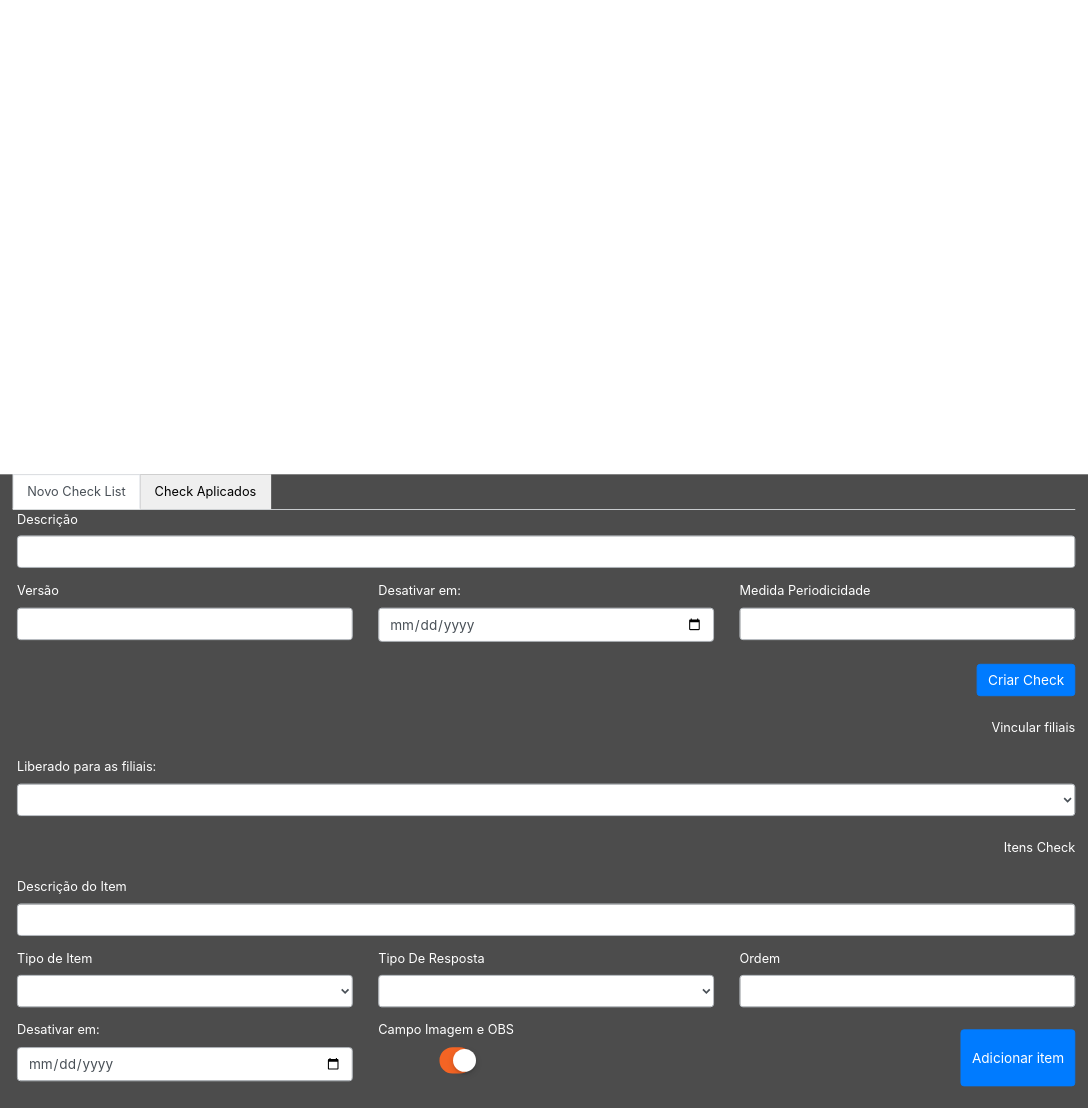
Repository: Conlog-SA/portal_operacional
Page: apps/safety_layout_checklist_app/templates/safety_layout_checklist_app/form_cad_layout_checklist.html
An editor plug-in stored every save of this project. The page is shown before and after the next save, followed by the edit.
The browser window is 1280 px wide. The pictures show the whole page, at 85% of full size.
The template is drawn by Django 3.2. The application's start-up code is not run. Other server files are loaded and not shown. The template is opened directly, without the code that normally fills it, so the values that code supplies are empty.

Above is the page before, as saved 2023-11-16 15:59:01.

### apps/safety_layout_checklist_app/templates/safety_layout_checklist_app/form_cad_layout_checklist.html
{% load static %}

{% block link_static_css %}
    <link rel="stylesheet" href="{% static 'css/cores.css' %}" />
    <link rel="stylesheet" href="{% static 'css/toggle_switch.css' %}" />
    <link rel="stylesheet" href="{% static 'css/loader.css' %}" />
    <link rel="stylesheet" href="{% static 'css/seguranca_safety_app/seguranca_safety.css' %}" />
    <link rel="stylesheet" href="{% static 'libs/bootstrap_4/css/bootstrap.min.css' %}" />

{% endblock %}

<div class="d-flex flex-column h-100 align-items-center justify-content-start text-white w-95" style="margin-right: 0px; width:100%;">
   <div class="mt-3 d-flex align-items-end justify-content-between div_Titulo" style="padding-bottom:15px;">
       <div class="d-flex align-items-center justify-content-center">
            <i class="fa-solid fa-truck-fast" style="font-size:50px; margin-left:0px; margin-right:15px; color:#cf6a15;"></i>
           <h1 class="titlePadraoMenu" style="margin-left:0px;">Safety</h1>
       </div>
       <img class="logo_cabecalho" src="{% static 'icons/logo-branca.png' %}" >
   </div>
    <div class="containerApp w-95">
        <div class="form-group form_div_check w-100" >
            <div class="col-md-12 w-100 h-100">
                <nav>
                    <div class="nav nav-tabs" id="myTab" role="tablist">
                      <button class="nav-link active tabs-nav" id="a_tab_new_check" data-bs-toggle="tab"
                         data-bs-target="#div_tab_new_check"  type="button" role="tab"
                         aria-controls="div_tab_new_check"
                         aria-selected="true" style="border-radius:0px 0px 0 0; font-size:15px">
                         Novo Check List
                         <i class="fa-solid fa-filter" style="color: #f46424;"></i>
                      </button>
                      <button class="nav-link tabs-nav" id="a_tab_check_criados" data-bs-toggle="tab"
                         data-bs-target="#div_check_criados" type="button" role="tab"
                         aria-controls="div_check_criados"
                         aria-selected="false" style="border-radius:0px 0px 0 0; font-size:15px" >
                         Check Aplicados
                        <i class="fa-solid fa-pen-to-square" style="color: #f46424"></i>
                      </button>
                    </div>
                </nav>
                <div class="tab-content" style="border-radius:0 0 10px 10px; font-size:15px">
                    <div class="tab-pane active" id="div_tab_new_check" role="tabpanel" aria-labelledby="a_tab_new_check" style="padding-left:5px;">
                        <form id="form_new_check_list" name="form_nem_check_list">
                          <div class="row">
                             <div class="form-group col-sm-12">
                               <label for="descricao_new_check"> Descrição </label>
                               <input type="text" class="form-control" id="descricao_new_check">
                             </div>
                             <div class="form-group col-sm-4">
                               <label for="versao_new_check">Versão</label>
                               <input type="text" class="form-control" id="versao_new_check">
                             </div>
                             <div class="form-group col-sm-4">
                               <label for="desativar_new_check_date">Desativar em:</label>
                               <input type="date" class="form-control" id="desativar_new_check_date">
                             </div>
                             <div class="form-group col-sm-4">
                               <label for="periodicidade_new_check">Medida Periodicidade</label>
                               <input type="text" class="form-control" id="periodicidade_new_check">
                             </div>
                             <div class="form-group col-sm-12 w-15 d-flex justify-content-end" style="margin-top:10px">
                                <button type="button" class="btn btn-primary btn-form" id="btn_new_check" name="btn_new_check"> Criar Check</button>
                             </div>
                             <div class="form-group col-sm-12 d-flex justify-content-end" style="margin-top:10px">
                                <label>Vincular filiais</label>
                             </div>
                             <div class="form-group col-sm-12 d-flex align-items-start" style="margin-bottom:0px;">
                                 <label>Liberado para as filiais:</label>
                              </div>
                             <div class="form-group col-sm-12">
                                <select class="selectpicker form-control"
                                        id="liberado_filiais" name="liberado_filiais" placeholder="Liberado Filiais" required>
                                </select>
                             </div>
                             <div class="form-group col-sm-12 d-flex justify-content-end" style="margin-top:10px">
                                <label>Itens Check</label>
                             </div>
                              <div class="form-group col-sm-12">
                                   <label for="descricao_item_check"> Descrição do Item</label>
                                   <input type="text" class="form-control" id="descricao_item_check">
                             </div>
                             <div class="form-group col-sm-4">
                                   <label for="select_tipo_item">Tipo de Item</label>
                                   <select class="selectpicker form-control"
                                           id="select_tipo_item" name="select_tipo_item" placeholder="Tipo de Item" required>
                                   </select>
                             </div>
                             <div class="form-group col-sm-4">
                                <label for="select_tipo_resposta">Tipo De Resposta</label>
                                <select class="selectpicker form-control"
                                        id="select_tipo_resposta" name="select_tipo_resposta"
                                        placeholder="Tipo de Resposta" required>
                                </select>
                              </div>
                              <div class="form-group col-sm-4">
                                <label for="input_ordem_check">Ordem</label>
                                <input type="text" class="form-control" id="input_ordem_check">
                              </div>
                              <div class="form-group col-sm-4">
                                <label for="desativar_item_date">Desativar em:</label>
                                <input type="date" class="form-control" id="desativar_item_date">
                              </div>
                              <div class="form-group col-sm-2 check-box">
                                  <div class="label">
                                    <label for="obs_imagem_check_box"> Campo Imagem e OBS</label>
                                  </div>
                                  <div class="container" style="padding-right: 72px; padding-left: 72px;">
                                      <input type="checkbox" checked="checked" class="checkbox" name="obs_imagem_check_box" id="obs_imagem_check_box" style="width:10px; height:10px;">
                                      <label class="switch" for="obs_imagem_check_box">
                                      <span class="slider"></span>
                                        </label>
                                  </div>
                              </div>
                              <div class="form-group  col-md-6 w-15 d-flex justify-content-end" style="margin-top:10px; margin-bottom:10px;">
                                <button type="button" class="btn btn-primary btn-form" id="btn_new_item" name="btn_new_item"> Adicionar item</button>
                             </div>
                          </div>
                        </form>
                    </div>
                    <div class="tab-pane" id="div_check_criados" role="tabpanel" aria-labelledby="a_tab_check_criados">
                       <form id="form_check_aplicados" name="form_check_aplicados" method="POST" style="margin-left:10px; margin-right:10px;">
                          <div class="row">
                              <div class="col md-5">
                                  <label for="filial_check_aplicado">Filial</label>
                                  <select class="selectpicker form-control" id="filial_check_aplicado" name="filial_check_aplicado">
                                  </select>
                              </div>
                          </div>
                       </form>
                    </div>
                </div>
            </div>
        </div>
    </div>
</div>


<script src="https://code.jquery.com/jquery-3.6.0.min.js"></script>
<script src="{% static 'libs/bootstrap_4/js/bootstrap.min.js' %}"></script>

### static/css/cores.css
:root{
    --cor_bg_login: rgba(24, 27, 30, 0.90);
    --cor_cinza_escuro: #515457;
    --cor_cinza_claro: #9fa3a7;
    --cor_cinza_claro2: #d0d0d0;
    --cor_branco: #e6e4e4;
    --cor_bg_solido: #181b1e;
    --cor_bg_solido_claro:#343537;
    --cor_bg_cinza_escuro: rgba(33,37,41,0.9) !important;
    --cor_bg_cinza_escuro_cabecalho: rgba(33,37,41,0.7) !important;
    --cor_bg_modais_body: #DCDCDC;

    --cor_empresa: #f46424;
    --cor_empresa_hover: #df5b23;
    --cor_empresa_active: #b24110;

    --bs-accordion-btn-focus-box-shadow_custom: 0 0 0 0.25rem rgba(244, 100, 36, 0.25);

    --bs-accordion-btn-active-icon_custom:url('');

    --cor_card_chamado_hover: #ccccce;
    --cor_card_chamado_active: #999999;
    --cor_chamado_emergencial: #b30f04;
    --cor_branco: #fff;
    /* --cor_branco_escuro: #969393; */
    --cor_card_a_atender: #e3f8f5;
    --cor_card_atendendo: #e1ffe4;;
    --cor_card_em_espera: #fdf9c6;
}

### static/css/toggle_switch.css
/* Remove this container when use*/
.component-title {
    width: 100%;
    position: absolute;
    z-index: 999;
    top: 30px;
    left: 0;
    padding: 0;
    margin: 0;
    font-size: 1rem;
    font-weight: 700;
    color: #888;
    text-align: center;
  }

  /* The switch - the box around the slider */
  .container {
    width: 77px;
    height: 31px;
    position: relative;
  }

  /* Hide default HTML checkbox */
  .checkbox {
    opacity: 0;
    width: 0;
    height: 0;
    position: absolute;
  }

  .switch {
    width: 100%;
    height: 100%;
    display: block;
    background-color: #e9e9eb;
    border-radius: 16px;
    cursor: pointer;
    transition: all 0.2s ease-out;
  }

  /* The slider */
  .slider {
    width: 27px;
    height: 27px;
    position: absolute;
    left: calc(50% - 27px/2 - 10px);
    top: calc(50% - 27px/2);
    border-radius: 50%;
    background: #FFFFFF;
    box-shadow: 0px 3px 8px rgba(0, 0, 0, 0.15), 0px 3px 1px rgba(0, 0, 0, 0.06);
    transition: all 0.2s ease-out;
    cursor: pointer;
  }

  .checkbox:checked + .switch {
    background-color: #f46424;
  }

  .checkbox:checked + .switch .slider {
    left: calc(50% - 27px/2 + 10px);
    top: calc(50% - 27px/2);
  }

  .cursor-pointer{
    cursor: pointer;
  }

### static/css/loader.css
.loader {
  /* display: flex; */
  margin-left: 1.5rem;
  align-items: center;
  /* width: 50px;
  height: 50px; */
  position: relative;
  display: none;
}

.loader:before {
  align-items: center;
  display: flex;
  content: "";
    position: absolute;
    top: -10px;
    left: -10px;
    right: -10px;
    bottom: -10px;
    border-radius: 50%;
    /* width: 50px;
    height: 50px; */
  }

  .loader-inner {
    display: flex;
    justify-content: center;
    align-items: center;
    position: relative;
  }

  .loader-block {
    display: inline-block;
    width: 10px;
    height: 10px;
    margin: 2px;
    background-color: #f46424;
    box-shadow: 0 0 20px #f46424;
    animation: loader_562 1.2s cubic-bezier(0.5, 0, 0.5, 1) infinite;
  }

  .loader-block:nth-child(1) {
    animation-delay: 0.1s;
  }

  .loader-block:nth-child(2) {
    animation-delay: 0.2s;
  }

  .loader-block:nth-child(3) {
    animation-delay: 0.3s;
  }

  .loader-block:nth-child(4) {
    animation-delay: 0.4s;
  }

  .loader-block:nth-child(5) {
    animation-delay: 0.5s;
  }

  .loader-block:nth-child(6) {
    animation-delay: 0.6s;
  }

  .loader-block:nth-child(7) {
    animation-delay: 0.7s;
  }

  .loader-block:nth-child(8) {
    animation-delay: 0.8s;
  }

  @keyframes loader_562 {
    0% {
      transform: scale(1);
      box-shadow: 0 0 20px rgba(255, 255, 255, 0.5);
    }

    20% {
      transform: scale(1, 2.5);
      box-shadow: 0 0 50px rgba(255, 255, 255, 0.7);
    }

    40% {
      transform: scale(1);
      box-shadow: 0 0 20px rgba(255, 255, 255, 0.5);
    }
  }

### static/css/seguranca_safety_app/seguranca_safety.css
.containerApp {
    background: rgba(0, 0, 0, 0.7); /* Cor preta com 50% de opacidade */
    color: white; /* Cor do texto, por exemplo, branco */
}

label[for="liberado_filiais"] {
    text-align: left !important; /* Tente usar !important para forçar a aplicação do estilo */
}

Loaded but not shown: static/libs/bootstrap_4/css/bootstrap.min.css (library); static/libs/bootstrap_4/js/bootstrap.min.js (library)

After the next save:
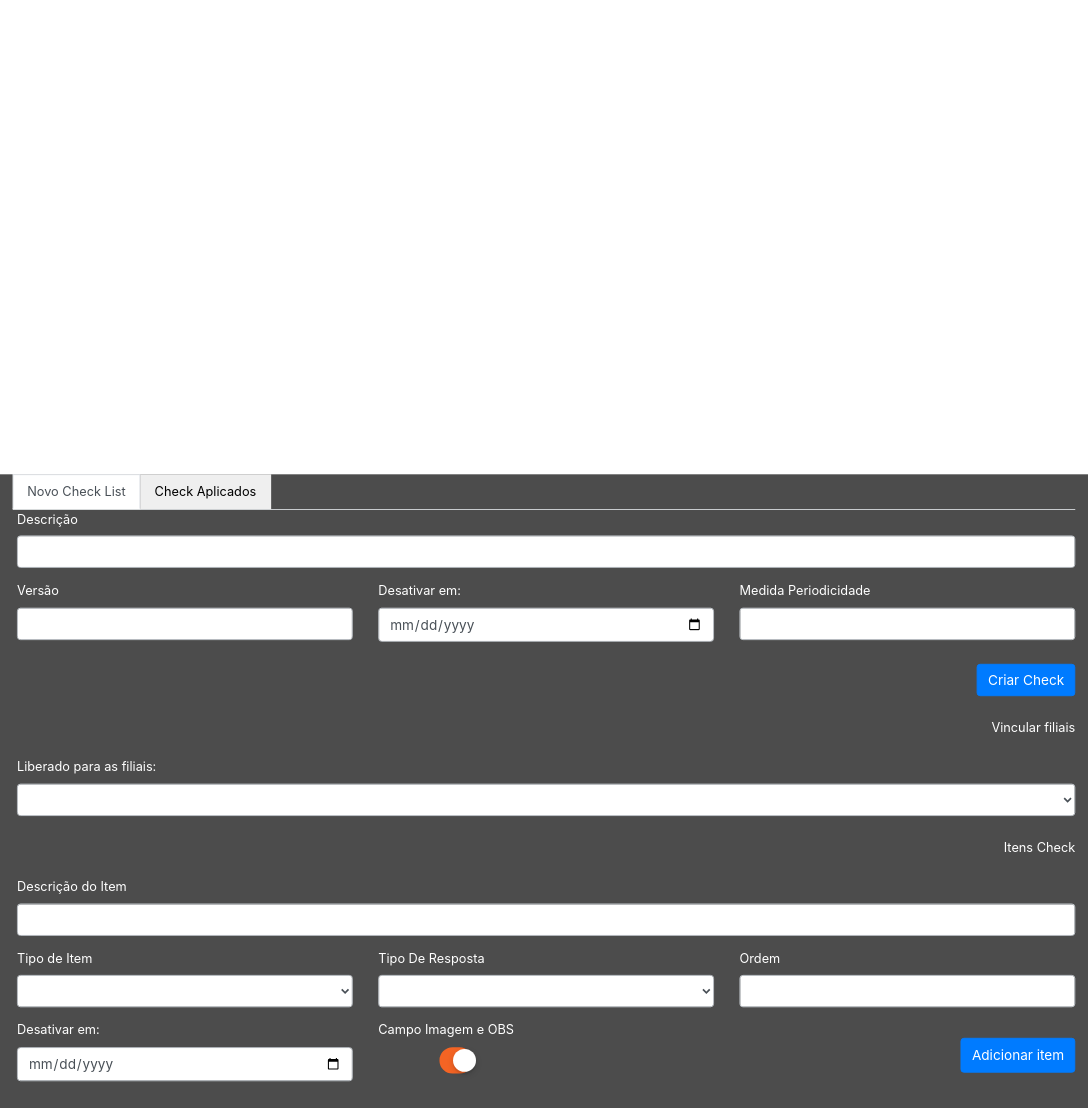
Saved 96 s later.
--- a/apps/safety_layout_checklist_app/templates/safety_layout_checklist_app/form_cad_layout_checklist.html
+++ b/apps/safety_layout_checklist_app/templates/safety_layout_checklist_app/form_cad_layout_checklist.html
@@ -111,8 +111,8 @@
                                         </label>
                                   </div>
                               </div>
-                              <div class="form-group  col-md-6 w-15 d-flex justify-content-end" style="margin-top:10px; margin-bottom:10px;">
-                                <button type="button" class="btn btn-primary btn-form" id="btn_new_item" name="btn_new_item"> Adicionar item</button>
+                              <div class="form-group  col-md-6 w-15 d-flex justify-content-end" style="margin-top:10px; margin-botton:10px;">
+                                <button type="button" class="btn btn-primary btn-form" id="btn_new_item" name="btn_new_item" style="margin-bottom: 10px;margin-top: 10px;"> Adicionar item</button>
                              </div>
                           </div>
                         </form>
